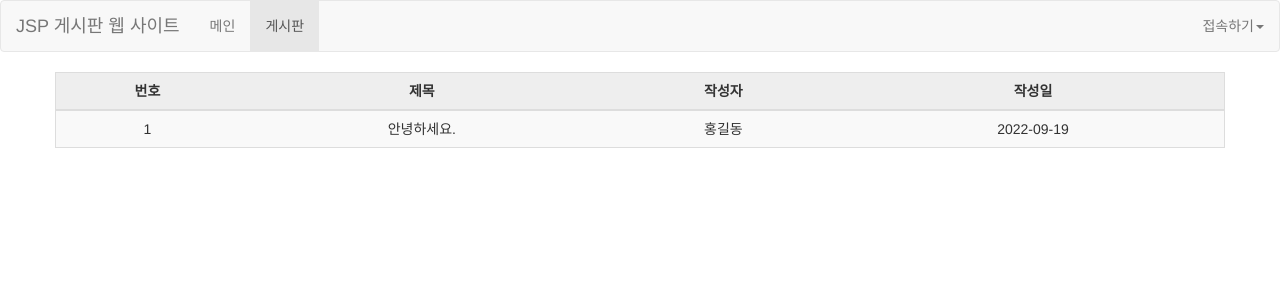
Repository: lihs3443/JSP-Board-System
Page: http://localhost/BBS/bbs.jsp
An editor plug-in stored every save of this project. The page is shown before and after the next save, followed by the edit.
The browser window is 1280 px wide. The pictures show the whole page.
Some web libraries are served in a nearby version. The page is served by Tomcat 9.

Above is the page before, as saved 2022-09-19 11:23:14.

After the next save:
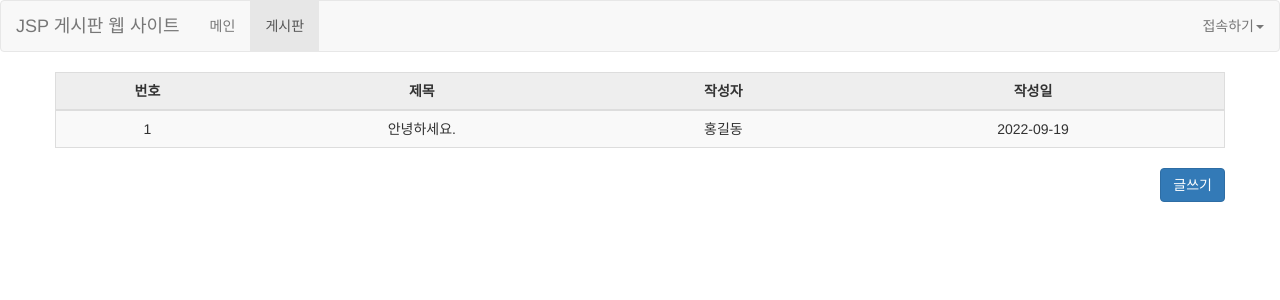
Saved 59 s later.
--- a/BBS/WebContent/bbs.jsp
+++ b/BBS/WebContent/bbs.jsp
@@ -87,6 +87,7 @@
 					</tr>
 				</tbody>
 			</table>
+			<a href="write.jsp" class="btn btn-primary pull-right">글쓰기</a>
 		</div>
 	</div>
 	<script src="http://code.jquery.com/jquery-3.1.1.min.js"></script>
